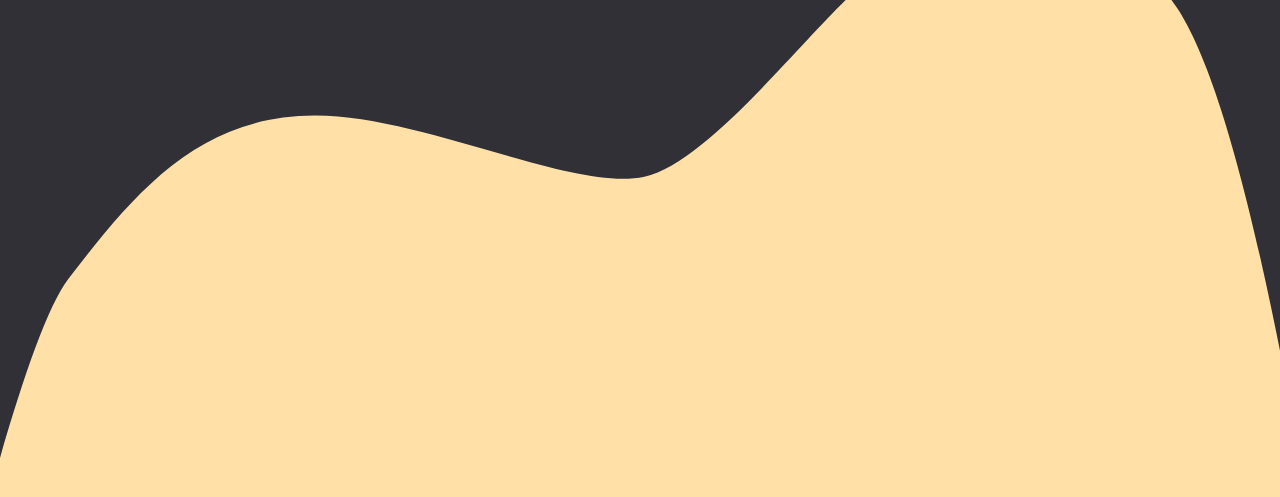
Repository: zhangolivia7/rot-recovery
Page: /
An editor plug-in stored every save of this project. The page is shown before and after the next save, followed by the edit.
The browser window is 1280 px wide. The pictures show the whole page.
The project was rebuilt for these pictures with package versions that can differ from the ones it lists, and the page was loaded fresh each time. The framework's server and built-in components were replaced by stand-ins that run in the browser. Also part of the build but not shown: next.config.ts.

Above is the page before, as saved 2025-03-26 14:28:12.

### src/app/layout.tsx
import type { Metadata } from "next";
import { Geist, Geist_Mono } from "next/font/google";
import "./globals.css";

const geistSans = Geist({
  variable: "--font-geist-sans",
  subsets: ["latin"],
});

const geistMono = Geist_Mono({
  variable: "--font-geist-mono",
  subsets: ["latin"],
});

export const metadata: Metadata = {
  title: "Rot Recovery",
  description: "it's comeback time.",
};

export default function RootLayout({
  children,
}: Readonly<{
  children: React.ReactNode;
}>) {
  return (
    <html lang="en">
      <body
        className={`${geistSans.variable} ${geistMono.variable} antialiased`}
      >
        {children}
      </body>
    </html>
  );
}

### src/app/page.tsx
'use client'
import { SetStateAction, useState } from "react";

export default function Home() {
  const [name, setName] = useState("");
  const [tasks, setTasks] = useState<{ id: number; text: string }[]>([]);
  const [timeframe, setTimeframe] = useState("");
  const [newTask, setNewTask] = useState("");
  const [schedule, setSchedule] = useState<string>(""); //store groqAPI response
  const [loading, setLoading] = useState<boolean>(false);

  // Update name
  const updateName = (e: React.ChangeEvent<HTMLInputElement>) => {
    setName(e.target.value);
    console.log(name);
  };

  // Update task text
  const updateTaskText = (id: number, text: string) => {
    setTasks(tasks.map(task => (task.id === id ? { ...task, text } : task)));
  };

  // Delete a task
  const deleteTask = (id: number) => {
    setTasks(tasks.filter(task => task.id !== id));
  };

  // Add new task when Enter is pressed
  const handleKeyDown = (e: React.KeyboardEvent<HTMLInputElement>) => {
    if (e.key === "Enter" && newTask.trim() !== "") {
      setTasks([...tasks, { id: Date.now(), text: newTask }]);
      setNewTask("");
    }
  };

  // Send tasks and timeframe to ChatGPT API and update schedule
  const handleSubmit = async () => {
    if (tasks.length === 0 || timeframe.trim() === "") {
      alert("Please enter tasks and a timeframe.");
      return;
    }

    setLoading(true); // Show loading state

    // Prepare message for Groq
    var prompt = "";

    if (name.toLowerCase() === "leslie") {
      prompt = `ALWAYS USE <b> IF YOU NEED TO BOLD YOUR RESPONSES!!! DO NOT USE DOUBLE ASTERICKS\nHey! You're talking to my friend ${name}, who's been bedrotting and has ${timeframe} to get back on track! Here's what ${name} has to get done':\n` +
        tasks.map((task, index) => `${index + 1}. ${task.text}`).join("\n") +
        `\n\nShe REALLY likes Hatsune Miku, so pretending you're Hatsune Miku and including Hatsune Miku references, give them a structured, realistic schedule based on the current time and amount of time they have to work in this schedule format:\n[Introduction message (make sure you introduce yourself as Hatsune Miku)]\n[00:00-##:##: <b>Task</b>, bit of encouragement and tips on how to complete the task well] and repeat this structure. Here's an example: <b>[Greeting]</b>\n\nHere's your customized schedule: \n\n<b>00:00-00:30: Finish Math Homework,</b> Leslie-chan! Take a deep breath and dive into your math problems. Focus on one question at a time, and make sure you understand each concept before moving on to the next. You got this!\n\n<b>00:30-01:15: Watch Algorithms Class Lecture.</b> Take a short break to grab a snack or stretch, and then settle in to watch your lecture. Take notes on important points, and don't hesitate to pause the video if you need to review something.\n\n<b>01:15-03:00: Study for Linear Algebra Test.</b> You're almost there, Leslie-chan! Review your notes and textbook, and try to summarize key concepts in your own words. Make flashcards or create a concept map to help you visualize the material.\n\n[Closing message with Hatsune Miku references]`;
    } else {
      prompt = `ALWAYS USE <b> IF YOU NEED TO BOLD YOUR RESPONSES!!! DO NOT USE DOUBLE ASTERICKS. Hey! You're talking to my friend ${name}, who's been bedrotting and has ${timeframe} to get back on track! Here's what ${name} has to get done':\n` +
        tasks.map((task, index) => `${index + 1}. ${task.text}`).join("\n") +
        `\n\nIn a fun, chill tone, give them a structured, realistic schedule based on the current time and amount of time they have to work in this schedule format:\n[Introduction message]\n<b>00:00-##:##: Task</b>, bit of encouragement and tips on how to complete the task well. Repeat this structure. Here's an example: <b>[Greeting]</b>\n\nHere's your customized schedule:\n\n<b>00:00-00:20: History Studying,</b> Let's get that history test prep started! Focus on reviewing your notes, making flashcards, and going over any tricky dates or events. You got this, Bob!\n\n<b>00:20-00:45: English Essay Brainstorm,</b> Time to get those creative juices flowing! Take 10-15 minutes to brainstorm ideas for your essay, then organize your thoughts into an outline. Remember, a solid outline will make the writing process so much smoother!\n\n<b>00:45-01:10: Math Homework</b>, Math homework can be a real challenge, but you're almost there! Focus on one problem at a time, and don't be afraid to take breaks if you get stuck. You've got this, Bob! You're so close to finishing!\n\n<b>01:10-02:00: Write That Essay,</b> It's time to put your thoughts into words! Take your outline and start writing that essay. Remember to stay focused, and don't worry too much about grammar or spelling at this stage. Just get your ideas down on paper!\n\n[Closing message]`;
    }

    try {
      const response = await fetch("/api/generate-schedule", {
        method: "POST",
        headers: { "Content-Type": "application/json" },
        body: JSON.stringify({ prompt }),
      });

      const data = await response.json();
      setSchedule(data.schedule); // Store response
    } catch (error) {
      console.error("Error fetching schedule:", error);
      setSchedule("Failed to generate schedule. Try again.");
    } finally {
      setLoading(false);
    }

    // Scroll to the schedule section
    document.getElementById("next-section")?.scrollIntoView({ behavior: "smooth" });
  };

  return (
    <div className={`h-screen snap-y snap-mandatory ${name.trim() === "" ? "overflow-hidden" : "overflow-y-scroll"}`}>
      {/* Section 1 */}
      <section id="sec1" className="h-screen flex justify-center items-center snap-start">
        <main className="flex flex-col gap-[32px] row-start-2 items-center sm:items-start">
          <div id="s1">
            <h1>
              hello, <input type="text" id="helloText" value={name} onChange={updateName} />
            </h1>
            <svg width="1441" height="964" viewBox="0 0 1441 964" fill="none" xmlns="http://www.w3.org/2000/svg">
              <path d="M148.646 363.552C91.0762 438.396 0 867.5 0 867.5V964H1375H1440.5V905C1401.89 678.974 1336.02 197.758 1252.35 86.2438C1144.34 -57.7212 1031.61 10.6378 952.439 62.2496C904.639 93.4101 795.141 246.205 724.357 261.701C653.573 277.197 503.312 200.592 395.08 200.592C277.106 200.592 212.53 280.5 148.646 363.552Z" fill="#FFE1A8" />
            </svg>
          </div>
        </main>
      </section>

      {name.trim() !== "" && (
        <>
          {/* Section 2 */}
          <section className="h-screen flex flex-col items-center snap-start">
            <div id="sec2" className="w-full h-full flex flex-col justify-start items-center pt-0">
              {name.toLowerCase() === "leslie" ? (
                // Special SVG for Leslie
                <svg width="724" height="509" viewBox="0 0 724 509" fill="none" xmlns="http://www.w3.org/2000/svg">
                  <path d="M495 354.5C491.4 354.5 469.167 355.833 458.5 356.5L460 359L528.5 363L525.5 359C516.833 357.5 498.6 354.5 495 354.5Z" fill="#88D0C7" />
                  <path d="M558 413L503.5 434.5L547 451L586 425L558 413Z" fill="#8A8585" />
                  <circle cx="545.624" cy="378" r="25" fill="#FFE1A8" />
                  <path d="M336.624 363C375.024 348.6 487.291 357 538.624 363L542.624 397C534.624 399.667 512.224 405.4 486.624 407C461.024 408.6 347.957 445 294.624 463C271.124 474.333 212.524 497 166.124 497C108.124 497 48.1241 453 50.1241 463C51.7241 471 30.7908 497 20.1241 509C12.7908 504.333 -1.4759 491.8 0.124102 479C1.7241 466.2 26.1241 437.667 38.1241 425L156.124 449C144.791 428.333 128.924 382.2 156.124 363C190.124 339 288.624 381 336.624 363Z" fill="#FFE1A8" />
                  <path d="M455.601 453.39C444.301 452.836 398.096 425.701 378.624 407L412.829 390.125C421.464 391.114 453.014 384.686 455.601 396.594C458.836 411.478 493.917 434.314 524.131 436.079C554.345 437.844 558.339 448.801 544.659 456.342C530.98 463.883 469.726 454.083 455.601 453.39Z" fill="#FFE1A8" />
                  <path d="M529 359C505.167 359.167 455.8 360.1 449 362.5C440.5 365.5 408.5 380.5 403 386.5C397.5 392.5 387.5 398 385.5 406C383.9 412.4 384.833 415.333 385.5 416C381.167 412.5 372.8 404.1 374 398.5C375.423 391.858 379.997 387.017 382.597 386.539C380.62 386.631 375.704 386.944 375 388C374.2 389.2 373.333 390.833 373 391.5C373.167 386.667 374.9 376.1 380.5 372.5C387.5 368 403.5 358.5 417 357C430.5 355.5 463 353 473.5 353C484 353 521.5 357 524 357C526 357 528.167 358.333 529 359Z" fill="#88D0C7" />
                  <path d="M550 371.5C553.2 374.3 558.667 374.667 561 374.5L554 369.5L541 362H550C548 361 543 359 539 359C535 359 529.167 360.5 526.5 361.5C525.667 360.5 523.5 359 525.5 359C528 359 534.5 352.5 541 351.5C547.5 350.5 557 353 561 355C564.2 356.6 567.167 361 567.5 364C568.333 364.5 569 368.3 571 371.5C573.5 375.5 567 396 566 397C565 398 547.5 406.5 544 406.5C540.5 406.5 436.5 434 411 446C385.5 458 297 481.5 291.5 481C287.1 480.6 276.333 476.5 271.5 474.5C275.667 475.5 284.7 476.7 287.5 473.5C290.3 470.3 305.667 466.167 313 464.5H301C295 464.5 287.167 470.5 284 473.5C285.5 471 289.1 465.7 291.5 464.5C293.9 463.3 303.833 457.667 308.5 455C312 454.833 320.8 453.6 328 450C337 445.5 433 410.5 454.5 406.5C471.7 403.3 512.333 398.833 530.5 397C535 398.5 545.2 401.5 550 401.5C553.076 401.5 557.203 399.266 560.091 397.493C558.356 397.618 556.601 396.675 554 397C550.8 397.4 544 391.167 541 388H550C554.8 388 559.333 385.667 561 384.5C558.167 383.333 552 380.6 550 379C548 377.4 545.167 368.333 544 364C544.667 365.333 546.8 368.7 550 371.5Z" fill="#88D0C7" />
                  <path d="M724 -9L586 425L558 413L507.5 433L3 -9H724Z" fill="#F8F2EC" fill-opacity="0.5" />
                  <path d="M531.5 350L529 360.5L526 362L527.5 348L531.5 350Z" fill="#9C4066" />
                  <path d="M543 411.5L530 397.5V397L525.5 397.5L535 408.5L531 409.5L534 411.5H543Z" fill="#9C4066" />
                </svg>
              ) : (
                // Default SVG
                <svg width="724" height="509" viewBox="0 0 724 509" fill="none" xmlns="http://www.w3.org/2000/svg">
                  <path d="M558 413L503.5 434.5L547 451L586 425L558 413Z" fill="#8A8585" />
                  <circle cx="545.624" cy="378" r="25" fill="#FFE1A8" />
                  <path d="M336.624 363C375.024 348.6 487.291 357 538.624 363L542.624 397C534.624 399.667 512.224 405.4 486.624 407C461.024 408.6 347.957 445 294.624 463C271.124 474.333 212.524 497 166.124 497C108.124 497 48.1241 453 50.1241 463C51.7241 471 30.7908 497 20.1241 509C12.7908 504.333 -1.4759 491.8 0.124102 479C1.7241 466.2 26.1241 437.667 38.1241 425L156.124 449C144.791 428.333 128.924 382.2 156.124 363C190.124 339 288.624 381 336.624 363Z" fill="#FFE1A8" />
                  <path d="M455.601 453.39C444.301 452.836 398.096 425.701 378.624 407L412.829 390.125C421.464 391.114 453.014 384.686 455.601 396.594C458.836 411.478 493.917 434.314 524.131 436.079C554.345 437.844 558.339 448.801 544.659 456.342C530.98 463.883 469.726 454.083 455.601 453.39Z" fill="#FFE1A8" />
                  <path d="M724 -9L586 425L558 413L507.5 433L3 -9H724Z" fill="#F8F2EC" fillOpacity="0.5" />
                </svg>
              )}
              <h1 className="text-3xl mt-4">so you've been rotting...</h1>
            </div>
          </section>

          {/* Section 3 */}
          <section className="h-screen flex flex-col items-center justify-center snap-start">
            <div id="form">
              <h1 className="text-3xl">let's get back on track, {name}</h1>

              {/* Timeframe Input */}
              <input
                className="border p-2 w-80 mt-2"
                placeholder="Timeframe (e.g., 2 hours)"
                value={timeframe}
                onChange={(e) => setTimeframe(e.target.value)}
              />

              {/* To-Do List */}
              <div className="mt-4">
                <h2 className="text-lg font-bold">Enter your tasks</h2>
                <ul className="mt-3 space-y-2">
                  {tasks.map(task => (
                    <li key={task.id} className="flex items-center space-x-2">
                      <input
                        type="text"
                        value={task.text}
                        onChange={(e) => updateTaskText(task.id, e.target.value)}
                        className="border-b focus:outline-none bg-transparent w-full"
                      />
                      <button onClick={() => deleteTask(task.id)} className="text-lg">
                        ✕
                      </button>
                    </li>
                  ))}
                </ul>
              </div>

              {/* Add Task Input */}
              <input
                className="border p-2 w-80 mt-2"
                placeholder="Add a task and hit enter"
                value={newTask}
                onChange={(e) => setNewTask(e.target.value)}
                onKeyDown={handleKeyDown}
              />

              {/* Submit Button */}
              <button
                onClick={handleSubmit}
                className="mt-4 p-2 rounded-md"
              >
                {loading ? "Generating..." : "That's It"}
              </button>
            </div>
          </section>

          {/* Next Section - Display Schedule */}
          <section id="next-section" className="h-screen flex justify-center items-center snap-start">
            <div className="text-center max-w-xl">
              <h1 className="text-3xl mb-4">your schedule</h1>
              {loading ? (
                <p className="text-lg">Generating your schedule...</p>
              ) : (
                <p className="whitespace-pre-wrap" dangerouslySetInnerHTML={{ __html: schedule || "Your schedule will appear here." }}></p>
              )}
            </div>
          </section>
        </>
      )}
    </div>
  );
}

### src/app/globals.css
@import "tailwindcss";

:root {
  --background: #303036;
  --foreground: #F8F2EC;
}

@theme inline {
  --color-background: var(--background);
  --color-foreground: var(--foreground);
  --font-sans: var(--font-geist-sans);
  --font-mono: var(--font-geist-mono);
}

@media (prefers-color-scheme: dark) {
  :root {
    --background: #303036;
    --foreground: #F8F2EC;
  }
}

html {
  scroll-behavior: smooth;
}

.h-screen {
  height: 100vh;
}

.overflow-y-scroll {
  overflow-y: scroll;
}

.snap-y {
  scroll-snap-type: y mandatory;
}

.snap-start {
  scroll-snap-align: start;
}

body {
  background: var(--background);
  color: var(--foreground);
  font-family: Arial, Helvetica, sans-serif;
}

h1 {
  font-size: 3em;
}

#helloText {
  border-bottom: 2px solid var(--background);
}

#helloText:focus {
  outline: none;
}

#sec2 {
  display: flex;
  flex-direction: column;
  gap: 30px;
}

#form {
  display: flex;
  flex-direction: column;
  margin: 10px;
}

After the next save:
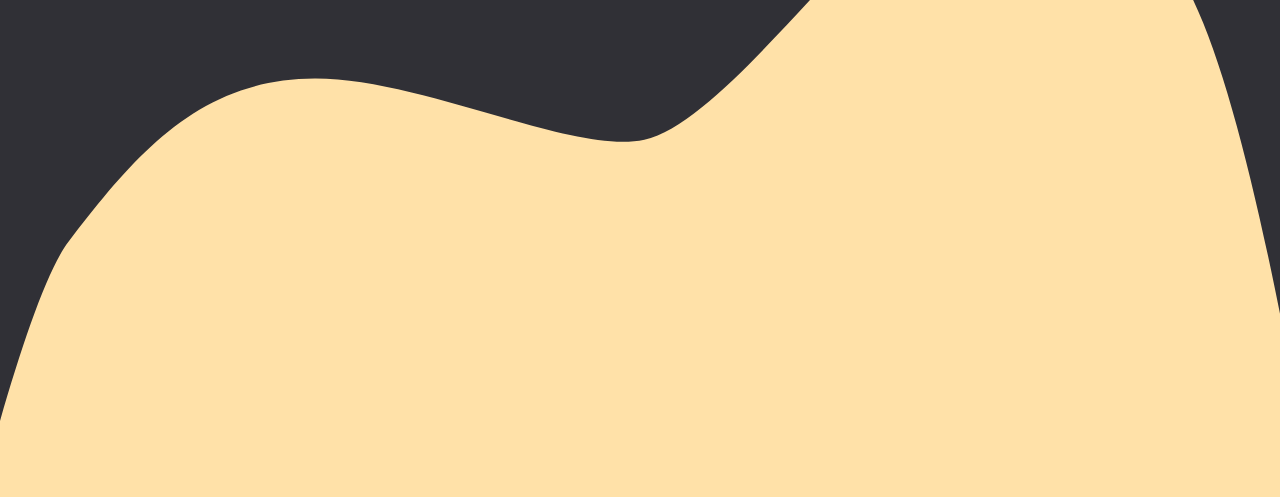
Saved 42 s later.
--- a/src/app/globals.css
+++ b/src/app/globals.css
@@ -68,3 +68,7 @@ h1 {
   flex-direction: column;
   margin: 10px;
 }
+
+#s1 h1 {
+  position: absolute;
+}
